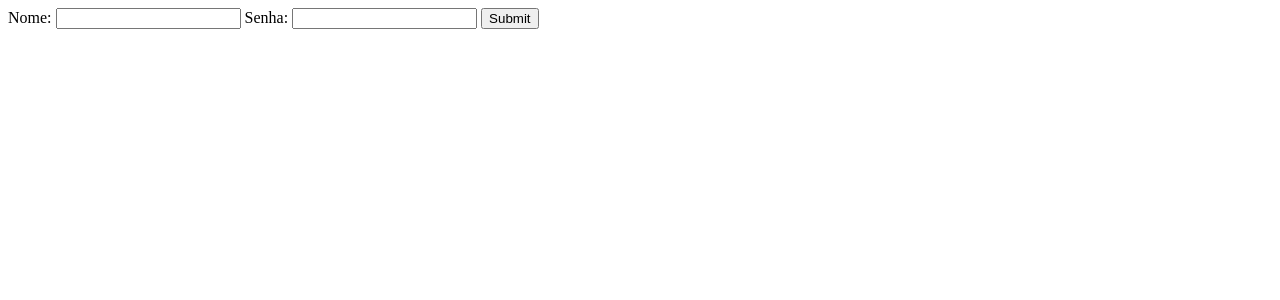
Repository: MathSzoke/JavaWebServlet
Page: http://localhost/gerenciador/formNewEmpresa.jsp
An editor plug-in stored every save of this project. The page is shown before and after the next save, followed by the edit.
The browser window is 1280 px wide. The pictures show the whole page.
The page is served by Tomcat 9.

Above is the page before, as saved 2021-06-17 18:01:38.

After the next save:
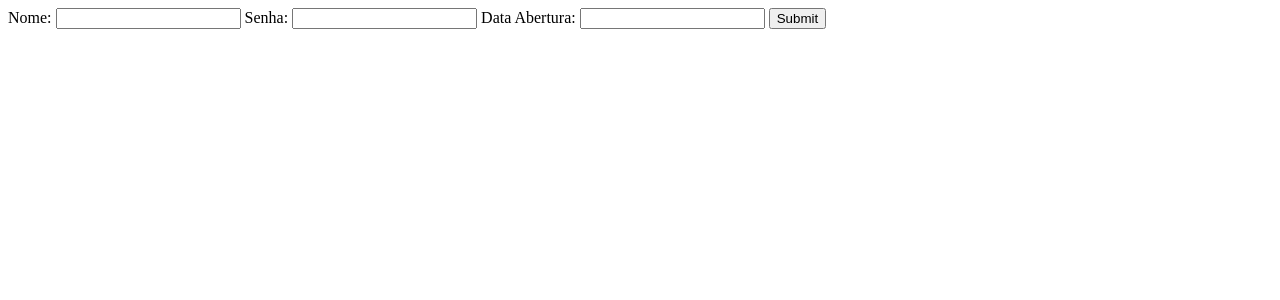
Saved 90 s later.
--- a/gerenciador/WebContent/formNewEmpresa.jsp
+++ b/gerenciador/WebContent/formNewEmpresa.jsp
@@ -12,6 +12,7 @@
 
 		Nome: <input type="text" name="nome"/>
 		Senha: <input type="password" name="senha"/>
+		Data Abertura: <input type="text" name="data"/>
 
 		<input type= "submit"/>
 
